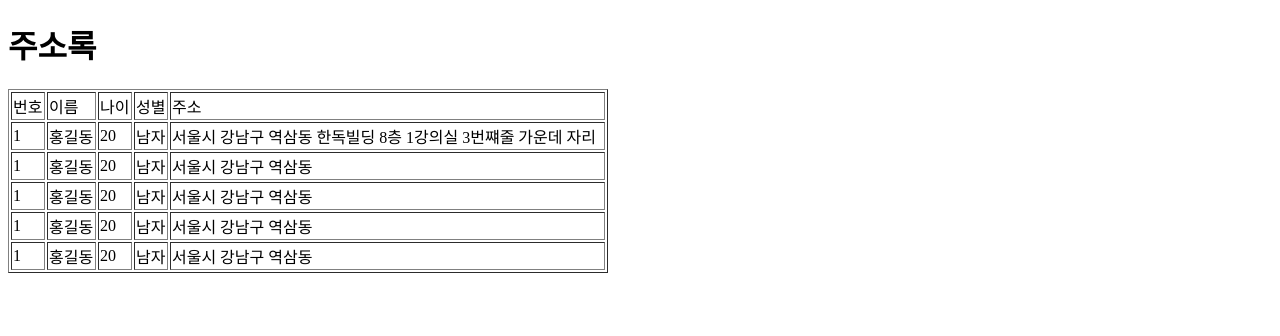
Repository: Hswwwww/WEB
Page: ClientTest/src/main/webapp/html/ex16_table.html
An editor plug-in stored every save of this project. The page is shown before and after the next save, followed by the edit.
The browser window is 1280 px wide. The pictures show the whole page.

Above is the page before, as saved 2024-03-13 06:40:05.

After the next save:
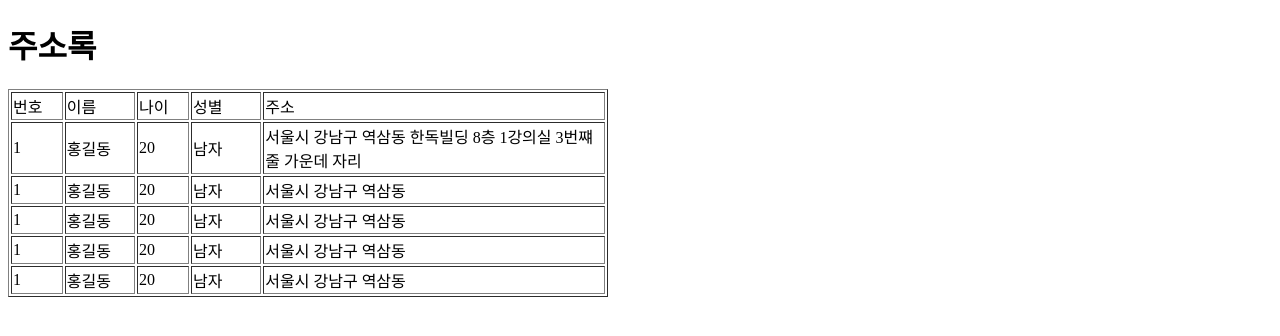
Saved 89 s later.
--- a/ClientTest/src/main/webapp/html/ex16_table.html
+++ b/ClientTest/src/main/webapp/html/ex16_table.html
@@ -9,11 +9,11 @@
 
 	<table border = "1" width = "600">
 		<tr>
-			<td>번호</td>
-			<td>이름</td>
-			<td>나이</td>
-			<td>성별</td>
-			<td>주소</td>
+			<td width = "50">번호</td>
+			<td width = "70">이름</td>
+			<td width = "50">나이</td>
+			<td width = "70">성별</td>
+			<td width = "360">주소</td>
 		</tr>
 		<tr>
 			<td>1</td>
